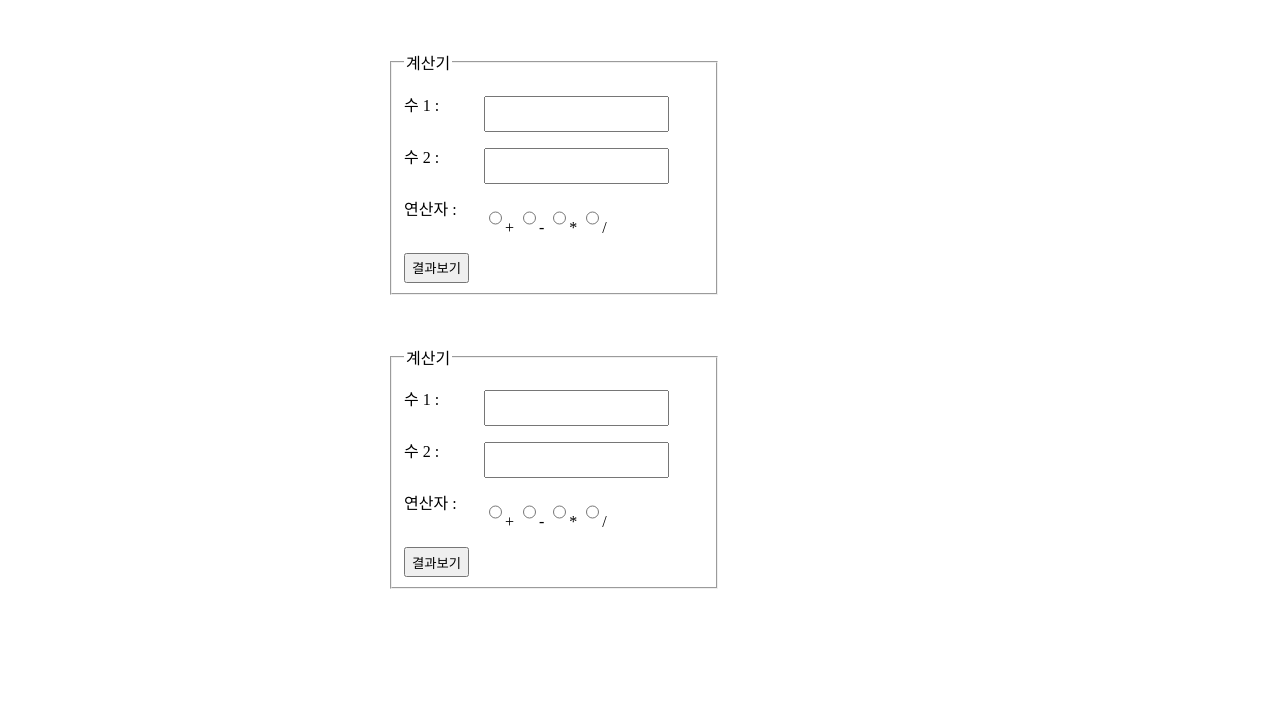
Repository: wjsjsn/23_jspstudy
Page: 01_servlet/src/main/webapp/view/ex07.html
An editor plug-in stored every save of this project. The page is shown before and after the next save, followed by the edit.
The browser window is 1280 px wide. The pictures show the whole page.

Above is the page before, as saved 2023-06-30 05:57:11.

### 01_servlet/src/main/webapp/view/ex07.html
<!DOCTYPE html>
<html>
<head>
<meta charset="UTF-8">
<title>Insert title here</title>
<style type="text/css">
	fieldset {
		width: 300px;
		margin: 50px;
	}

	#mydiv, #mydiv2 {
		width: 600px;
		margin: auto;
	}

	label {
		width: 80px;
		height: 30px;
		float: left;
		line-height: 20px;
	}

	input {
	height: 30px;
}
</style>
<script type="text/javascript">
	function send_go(f) {
		// 자바 스크립트를 사용할 때 required가 실행 x
		// 그러므로 유효성 검사를 해야함
		var s1 = f.su1.value;
		if(s1 == ''){
			alert("su1을 입력하세요.");
			f.su1.focus();
			return;
		}

		var s2 = f.su2.value;
		if(s2 == ''){
			alert("su2을 입력하세요.");
			f.su1.focus();
			return;
		}

		// form에 action이 있으면 생략 가능, 없으면 코딩해야함
		f.action="/01_servlet/Ex07"
		f.submit();
	}
</script>
</head>
<body>
	<div id="mydiv">
	<form action="/01_servlet/Ex07" method="post">
	<fieldset>
	<legend>계산기</legend>
		<p><label for="su1">수 1 : </label>
			<input type="number" name="su1" id="su1" required></p>
		<p><label for="su2">수 2 : </label>
			<input type="number" name="su2" id="su2" required></p>
			<p>
        <label>연산자 : </label>
			<input type="radio" name="op" value="+">+
			<input type="radio" name="op" value="-">-
			<input type="radio" name="op" value="*">*
			<input type="radio" name="op" value="/">/
			</p>
				<input type="submit" value="결과보기">
			</fieldset>
		</form>
	</div>
	<div id="mydiv2">
	<form method="post">
	<fieldset>
	<legend>계산기</legend>
		<p><label for="su1">수 1 : </label>
			<input type="number" name="su1" id="su1" required></p>
		<p><label for="su2">수 2 : </label>
			<input type="number" name="su2" id="su2" required></p>
			<p>
	        <label>연산자 : </label>
			<input type="radio" name="op" value="+">+
			<input type="radio" name="op" value="-">-
			<input type="radio" name="op" value="*">*
			<input type="radio" name="op" value="/">/
			</p>
				<input type="button" value="결과보기" onclick="send_go(this.form)">
			</fieldset>
		</form>
	</div>
</body>
</html>

After the next save:
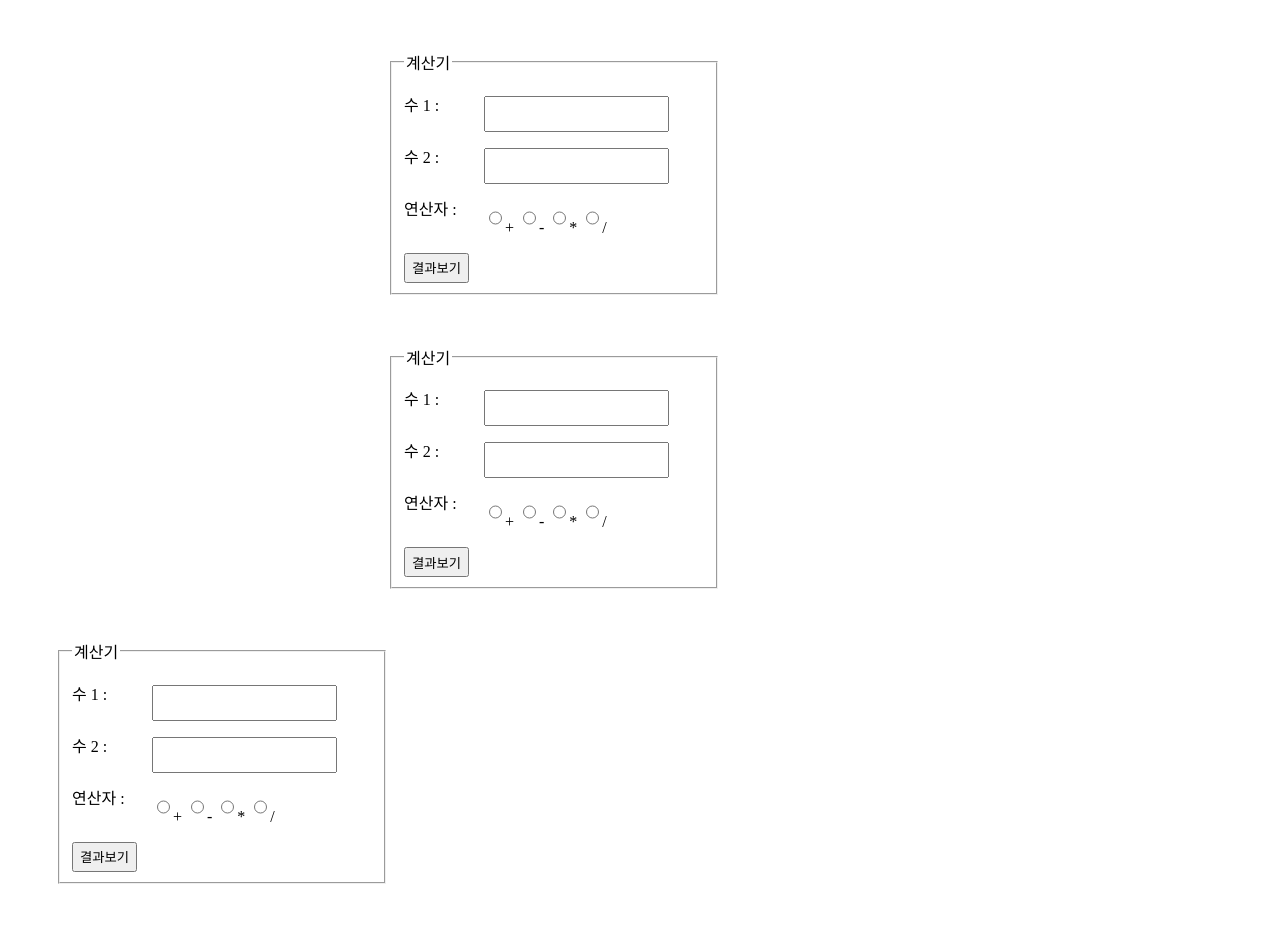
Saved 9 min 45 s later.
--- a/01_servlet/src/main/webapp/view/ex07.html
+++ b/01_servlet/src/main/webapp/view/ex07.html
@@ -88,5 +88,25 @@
 			</fieldset>
 		</form>
 	</div>
+	<!-- submit 성공시 자바스크립트 send_go로 넘어가기 -->
+	<div id="mydiv3">
+	<form method="post">
+	<fieldset>
+	<legend>계산기</legend>
+		<p><label for="su1">수 1 : </label>
+			<input type="number" name="su1" id="su1" required></p>
+		<p><label for="su2">수 2 : </label>
+			<input type="number" name="su2" id="su2" required></p>
+			<p>
+	        <label>연산자 : </label>
+			<input type="radio" name="op" value="+">+
+			<input type="radio" name="op" value="-">-
+			<input type="radio" name="op" value="*">*
+			<input type="radio" name="op" value="/">/
+			</p>
+				<input type="button" value="결과보기" onclick="send_go(this.form)">
+			</fieldset>
+		</form>
+	</div>
 </body>
 </html>
